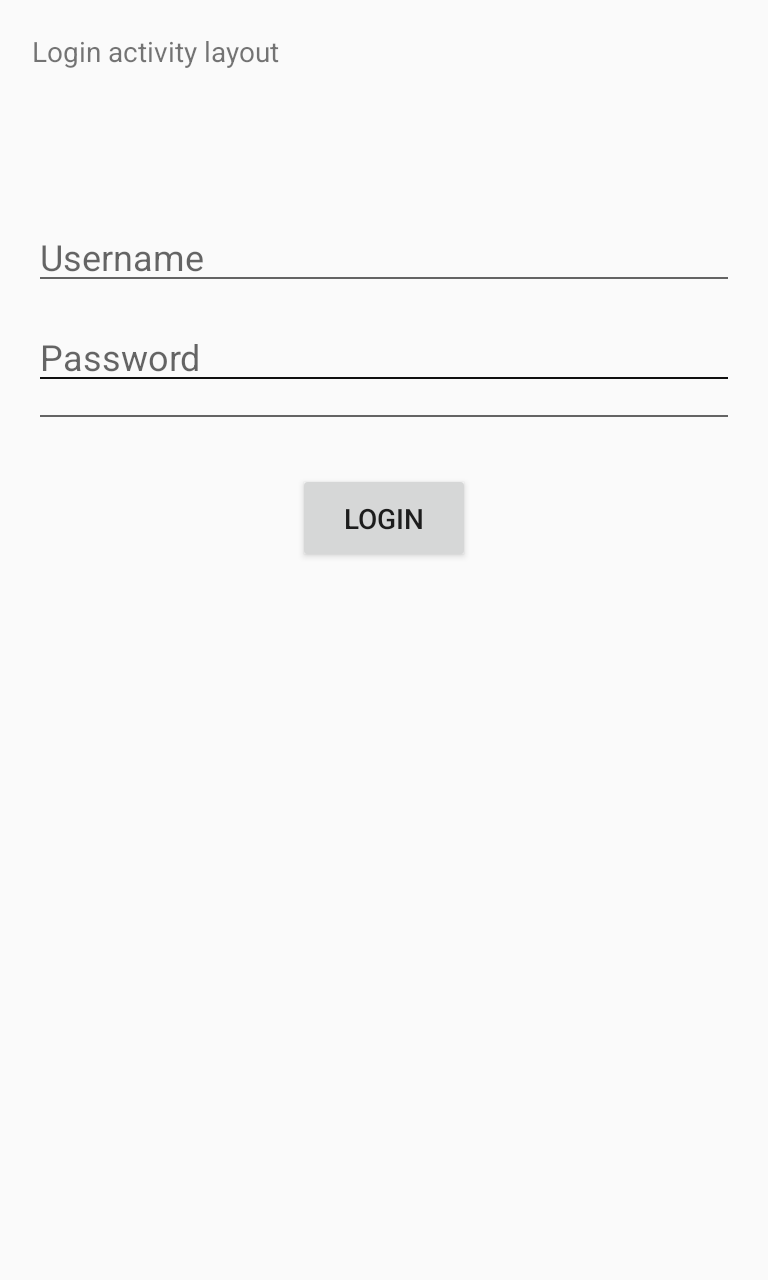
Repository: morgancundiff/TrollApp
Layout: Troll/res/layout/signup_layout.xml
An editor plug-in stored every save of this project. The layout is shown before and after the next save, followed by the edit.
It is drawn on a 768 x 1280 px phone screen (xhdpi) without system bars, with theme AppTheme; the app's code is not run.

Above is the layout before, as saved 2014-05-29 19:06:24.

After the next save:
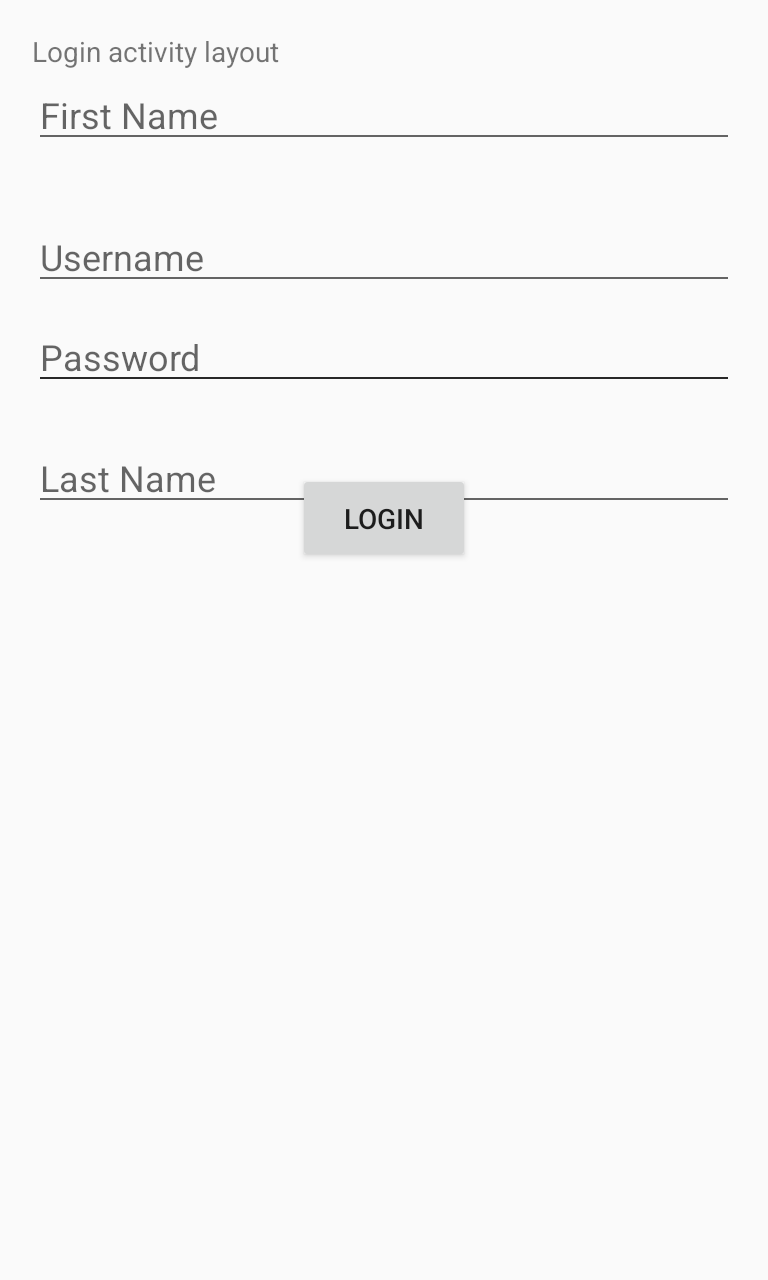
Saved 101 s later.
--- a/Troll/res/layout/signup_layout.xml
+++ b/Troll/res/layout/signup_layout.xml
@@ -21,8 +21,8 @@
         <EditText
         android:id="@+id/SignupFirstName"
         android:layout_height="wrap_content"
-        android:inputType="textPassword"
-        android:layout_marginTop="140dp"
+        android:hint="First Name"
+        android:inputType="textPersonName"
         android:layout_below="@+id/textView1"
         android:layout_width="fill_parent">
         </EditText>
@@ -30,7 +30,9 @@
         <EditText
         android:id="@+id/SignupLastName"
         android:layout_height="wrap_content"
-        android:inputType="textPassword"
+        android:hint="Last Name"
+        android:inputType="textPersonName"
+        android:layout_below="@+id/SignupFirstName"
         android:layout_marginTop="140dp"
         android:layout_width="fill_parent">
         </EditText>
